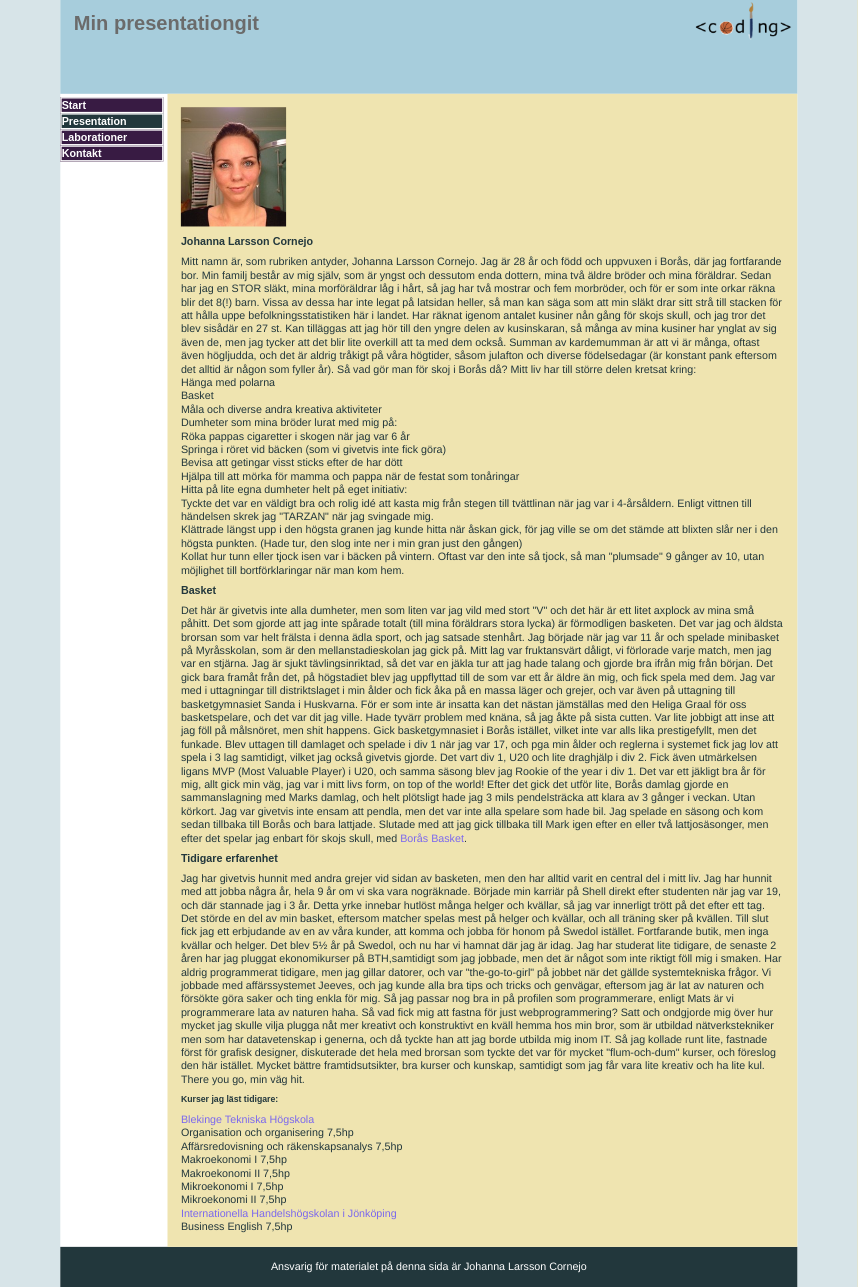
Repository: jc222fi/1ik415-laborationer
Page: pages/presentation.html
The author's editor kept a record of every edit. The page is drawn from the files as they stood at one moment, then again after the next edit.
The browser window is 1280 px wide. The pictures show the whole page, at 67% of full size.

Above is the page before.

After the next edit:
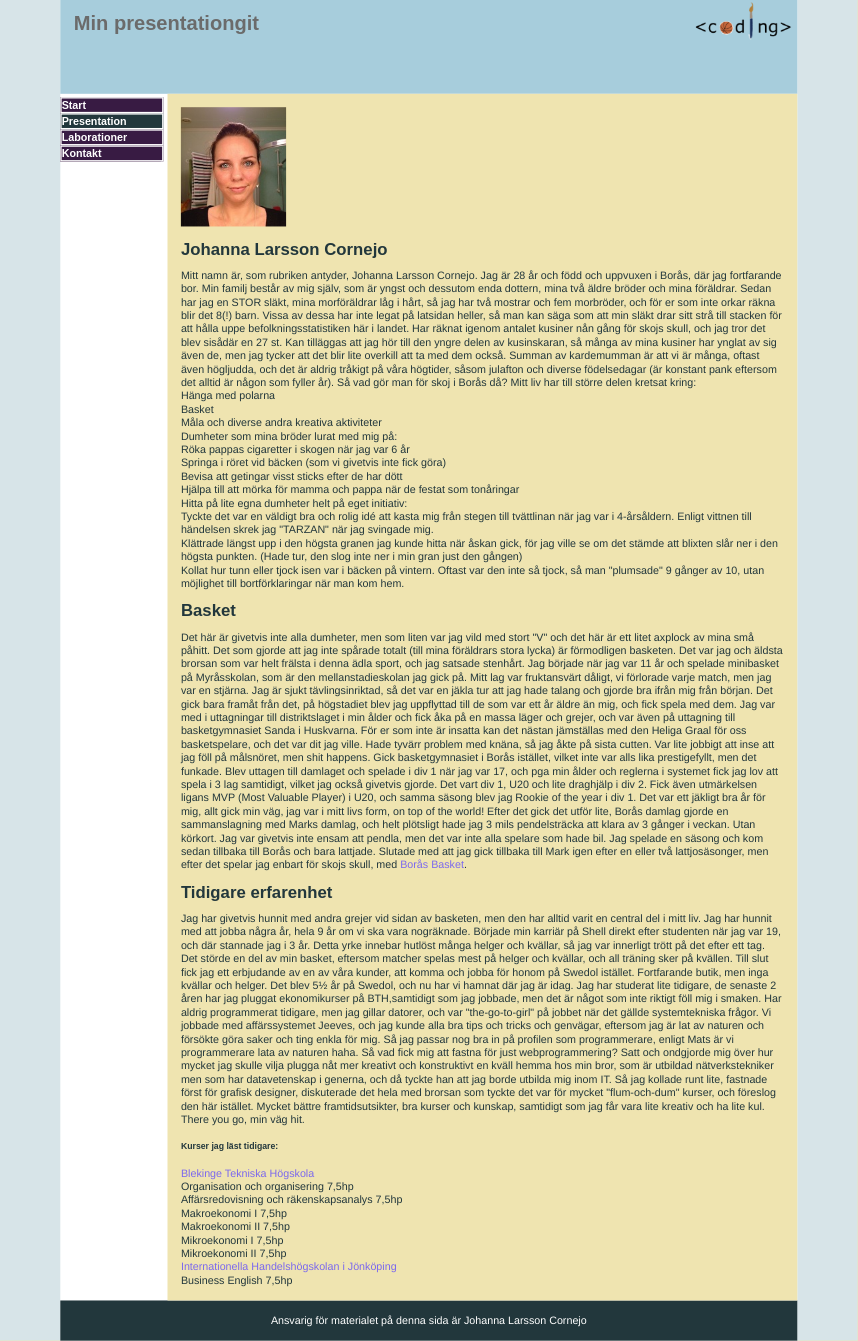
The edit:
--- a/css/style.css
+++ b/css/style.css
@@ -112,7 +112,10 @@
 	h2, h3, h4, legend{
 		font-family:Arial, Gadget, sans-serif;
 		font-weight:bold;
-		line-height:40px;
+		line-height:60px;
+	}
+	h2{
+		font-size:25px;
 	}
 	h4, h3{
 		font-size:small;
